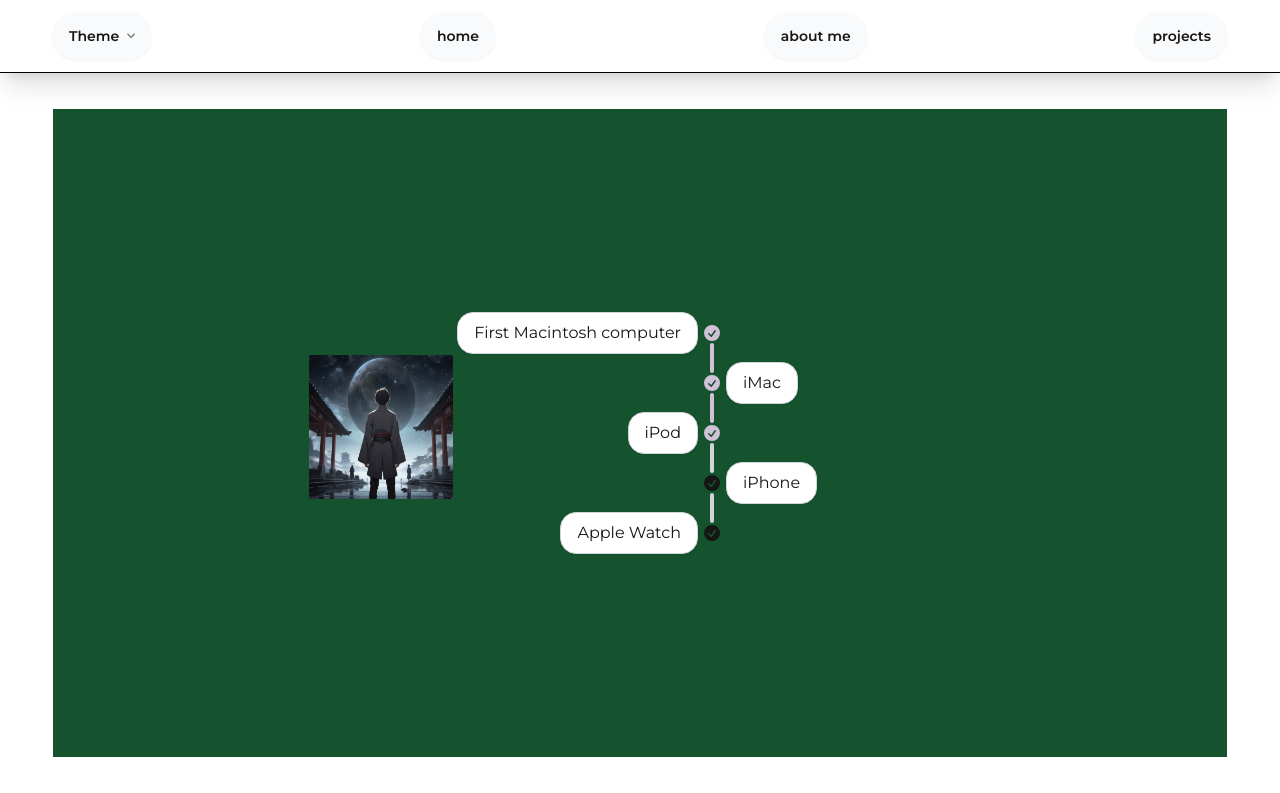
Repository: Yakyaz/myWebsite
Page: /about
The author's editor kept a copy of each file at every save. The page is drawn from the files as they stood at one save, then again after the next save.
The browser window is 1280 px wide. The pictures show the whole page.
The project was rebuilt for these pictures with package versions that can differ from the ones it lists, and the page was loaded fresh each time. The framework's server and built-in components were replaced by stand-ins that run in the browser. Also part of the build but not shown: next.config.js.

Above is the page before, as saved 2023-12-05 21:40:38.

After the next save:
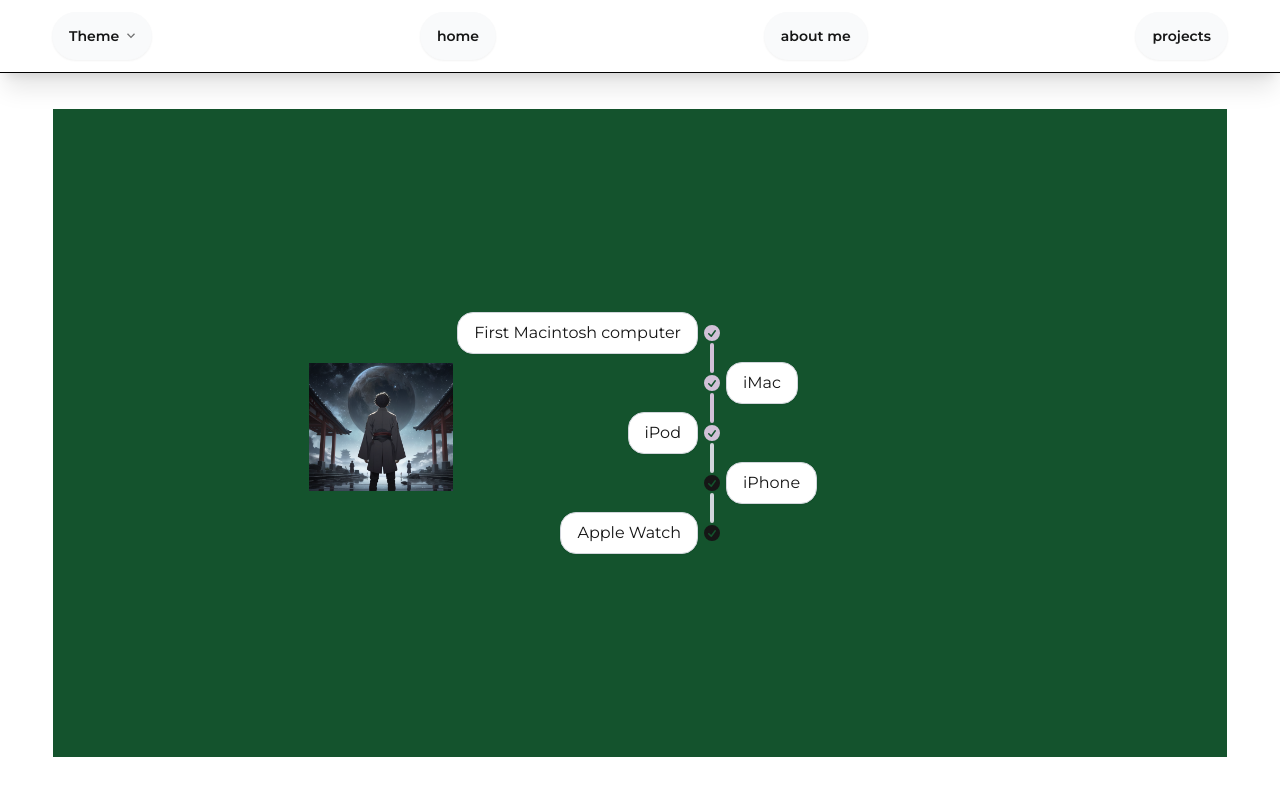
Saved 11 s later.
--- a/app/about/page.tsx
+++ b/app/about/page.tsx
@@ -10,7 +10,7 @@
       >
         <div>
           <Image
-            className="  mb-3 h-36 w-36  "
+            className="  mb-3 h-full w-36  "
             alt="Pb"
             src={bg}
             placeholder="blur"
